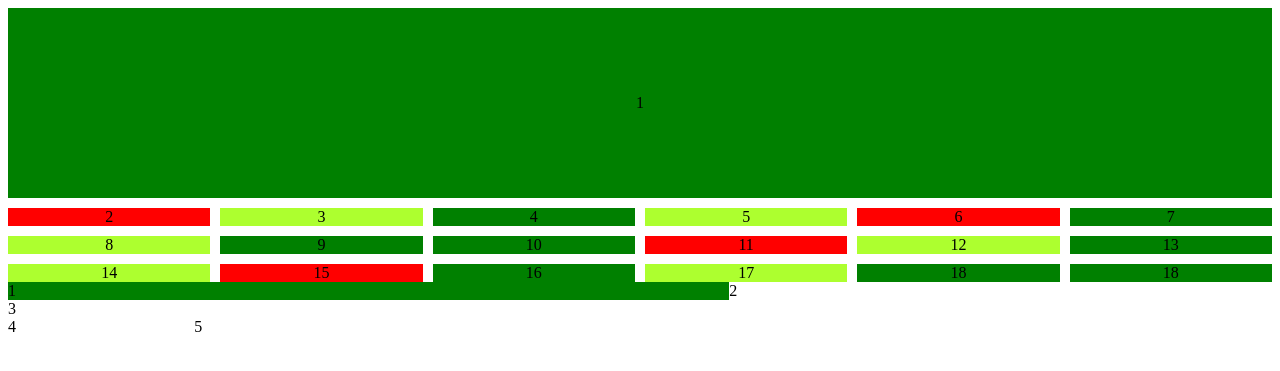
Repository: motiejus1/09-paskaita-05.31
Page: index.html
An editor plug-in stored every save of this project. The page is shown before and after a run of saves, followed by the edit.
The browser window is 1280 px wide. The pictures show the whole page.

Above is the page before, as saved 2021-06-15 20:08:35.

### index.html
<!DOCTYPE html>
<html lang="en">
<head>
    <meta charset="UTF-8">
    <meta http-equiv="X-UA-Compatible" content="IE=edge">
    <meta name="viewport" content="width=device-width, initial-scale=1.0">
    <title>9 paskaita</title>
    <style>
        .grid-container {
            display: grid;
            grid-template-columns: auto auto auto auto auto auto;
            grid-column-gap: 10px ;
            grid-row-gap: 10px ;
        }

        .zalia {
            background-color: green;
        }

        .raudona {
            background-color: red;
        }

        .geltona {
            background: greenyellow;
        }

        .grid-item-1 {
            /* grid-column-start: 1 ;
            grid-column-end: 3 ; */

            grid-column: 1 / span 6;

            grid-row: 1 / span 20;
        }

        /* .grid-item-2 {
            grid-column-start: 1 ;
            grid-column-end: 3 ;
            grid-row-start: 3;
            grid-row-end: 25 ;
        } */

        .grid-item {
            display:grid;
            justify-content: center;
            align-items: center;
        }
        .flex-container {
            display:flex;
            justify-content: center;
            align-items: center;
        }

        .grid-container-1 {
            display: grid;
            grid-template-areas:
            'pirmas pirmas pirmas pirmas antras antras antras'
            'trecias trecias trecias trecias trecias trecias trecias'
            'ketvirtas penktas penktas penktas penktas penktas penktas'
            'ketvirtas penktas penktas penktas penktas penktas penktas'

            ;
        }
        .grid-element-1 {
            grid-area: pirmas;
        }

        .grid-element-2 {
            grid-area: antras;
        }

        .grid-element-3 {
            grid-area: trecias;
        }

        .grid-element-4 {
            grid-area: ketvirtas;
        }

        .grid-element-5 {
            grid-area: penktas;
        }
    </style>
</head>
<body>
    <div class="grid-container">
        <div class="grid-item grid-item-1 zalia">
            1
        </div>
        <div class="grid-item grid-item-2 raudona">
            2
        </div>
        <div class="grid-item grid-item-3 geltona">3</div>
        <div class="grid-item grid-item-4 zalia">4</div>
        <div class="grid-item geltona">5</div>
        <div class="grid-item raudona">6</div>
        <div class="grid-item zalia">7</div>
        <div class="grid-item geltona">8</div>
        <div class="grid-item zalia">9</div>
        <div class="grid-item zalia">10</div>
        <div class="grid-item raudona">11</div>
        <div class="grid-item geltona">12</div>
        <div class="grid-item zalia">13</div>
        <div class="grid-item geltona">14</div>
        <div class="grid-item raudona">15</div>
        <div class="grid-item zalia">16</div>
        <div class="grid-item geltona">17</div>
        <div class="grid-item zalia">18</div>
        <div class="flex-container zalia">18</div>
    </div>

    <div class="grid-container-1">
        <div class="grid-element-1 zalia">1</div>
        <div class="grid-element-2">2</div>
        <div class="grid-element-3">3</div>
        <div class="grid-element-4">4</div>
        <div class="grid-element-5">5</div>
    </div>

</body>
</html>

After the next 2 saves:
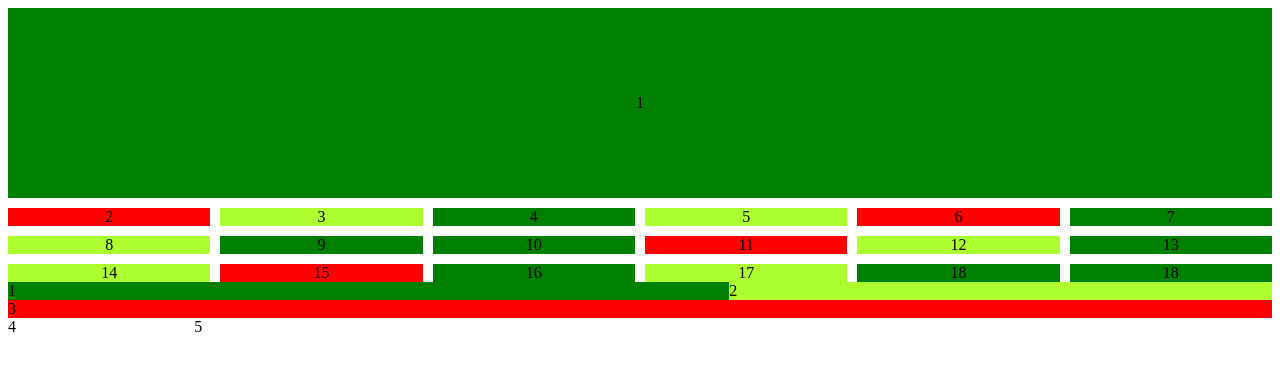
The 2 saves are shown as one change because they came seconds apart.
The last was saved 7 s later.
--- a/index.html
+++ b/index.html
@@ -112,8 +112,8 @@
 
     <div class="grid-container-1">
         <div class="grid-element-1 zalia">1</div>
-        <div class="grid-element-2">2</div>
-        <div class="grid-element-3">3</div>
+        <div class="grid-element-2 geltona">2</div>
+        <div class="grid-element-3 raudona">3</div>
         <div class="grid-element-4">4</div>
         <div class="grid-element-5">5</div>
     </div>
